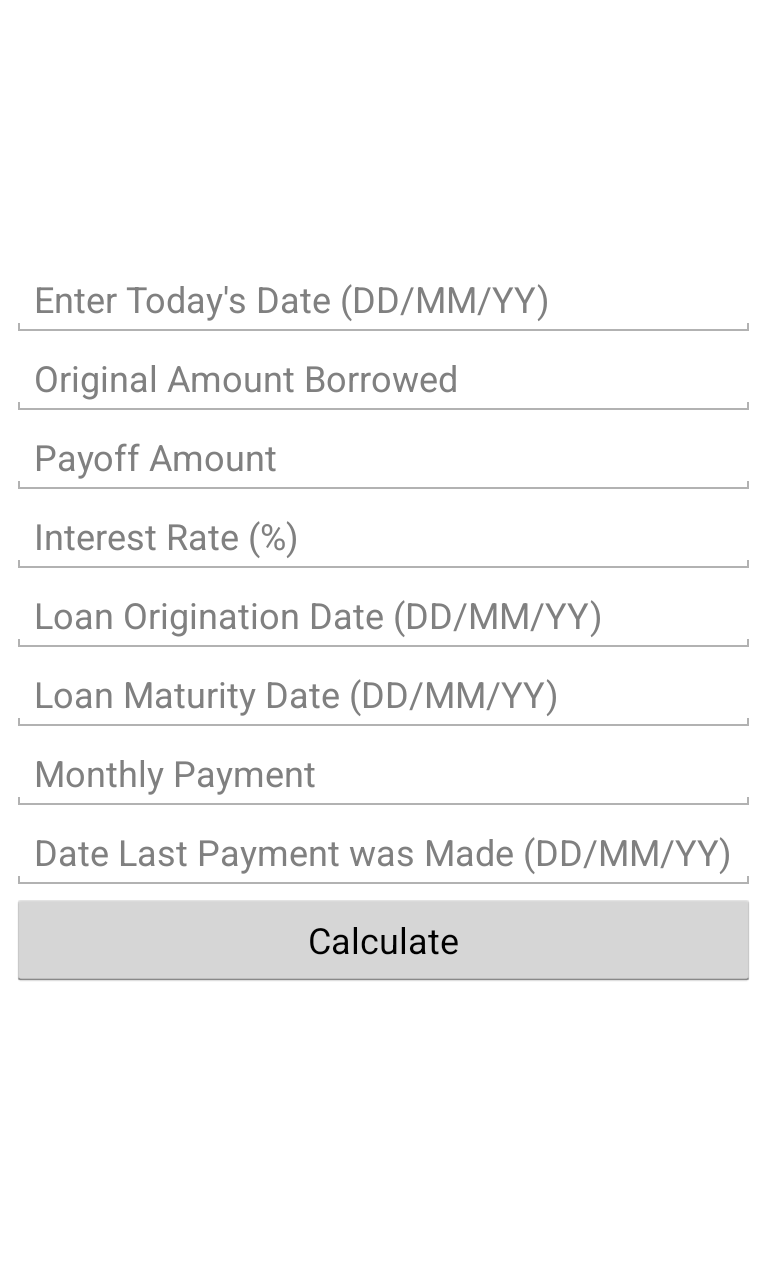
Repository: missxlian/angelHackSac
Layout: workspace/NoteHack/res/layout/fragment_section_launchpad.xml
An editor plug-in stored every save of this project. The layout is shown before and after the next save, followed by the edit.
It is drawn on a 768 x 1280 px phone screen (xhdpi) without system bars, with theme android:Theme.Holo.Light.DarkActionBar; the app's code is not run.

Above is the layout before, as saved 2013-12-01 06:32:07.

### workspace/NoteHack/res/layout/fragment_section_launchpad.xml
<!--
  Copyright 2012 The Android Open Source Project

  Licensed under the Apache License, Version 2.0 (the "License");
  you may not use this file except in compliance with the License.
  You may obtain a copy of the License at

      http://www.apache.org/licenses/LICENSE-2.0

  Unless required by applicable law or agreed to in writing, software
  distributed under the License is distributed on an "AS IS" BASIS,
  WITHOUT WARRANTIES OR CONDITIONS OF ANY KIND, either express or implied.
  See the License for the specific language governing permissions and
  limitations under the License.
  -->

<FrameLayout xmlns:android="http://schemas.android.com/apk/res/android"
    android:layout_width="match_parent"
    android:layout_height="match_parent">

    <LinearLayout android:orientation="vertical"
        android:layout_width="wrap_content"
        android:layout_height="wrap_content"
        android:layout_gravity="center">


        <EditText
            android:id="@+id/date"
            android:layout_width="match_parent"
            android:layout_height="wrap_content"
            android:inputType="date"
            android:hint="Enter Today's Date (DD/MM/YY)"
          />

        <EditText
            android:id="@+id/orginalAB"
            android:layout_width="match_parent"
            android:layout_height="wrap_content"
            android:inputType="numberDecimal"
            android:hint="Original Amount Borrowed"
        />

        <EditText
            android:id="@+id/payoff"
            android:layout_width="match_parent"
            android:layout_height="wrap_content"
            android:inputType="numberDecimal"
            android:hint="Payoff Amount"
         />

        <EditText
            android:id="@+id/interestRate"
            android:layout_width="match_parent"
            android:layout_height="wrap_content"
            android:inputType="numberDecimal"
            android:hint="Interest Rate (%)"
         />

        <EditText
            android:id="@+id/originDate"
            android:layout_width="match_parent"
            android:layout_height="wrap_content"
            android:inputType="date"
            android:hint="Loan Origination Date (DD/MM/YY)"
             />

        <EditText
            android:id="@+id/matDate"
            android:layout_width="match_parent"
            android:layout_height="wrap_content"
            android:inputType="date"
            android:hint="Loan Maturity Date (DD/MM/YY)"
             />


        <EditText
            android:id="@+id/monPay"
            android:layout_width="match_parent"
            android:layout_height="wrap_content"
            android:inputType="numberDecimal"
            android:hint="Monthly Payment"
          />

        <EditText
            android:id="@+id/dateLastPay"
            android:layout_width="match_parent"
            android:layout_height="wrap_content"
            android:inputType="date"
            android:hint="Date Last Payment was Made (DD/MM/YY)"
             />

        <Button android:id="@+id/home_worth_button"
            android:layout_width="match_parent"
            android:layout_height="wrap_content"
            android:layout_marginBottom="16dp"
            android:text="@string/homeworth"
            android:onClick="sendMessage"/>

    </LinearLayout>



</FrameLayout>

### workspace/NoteHack/res/values/strings.xml
<!--
  Copyright 2012 The Android Open Source Project

  Licensed under the Apache License, Version 2.0 (the "License");
  you may not use this file except in compliance with the License.
  You may obtain a copy of the License at

      http://www.apache.org/licenses/LICENSE-2.0

  Unless required by applicable law or agreed to in writing, software
  distributed under the License is distributed on an "AS IS" BASIS,
  WITHOUT WARRANTIES OR CONDITIONS OF ANY KIND, either express or implied.
  See the License for the specific language governing permissions and
  limitations under the License.
  -->

<resources>
    <string name="app_name">Note Buying</string>

    <string name="dummy_section_text">Section %1d is just a dummy section.</string>

    <string name="demo_external_activity">Demo External Activity</string>
    <string name="homeworth">Calculate</string>
</resources>

After the next save:
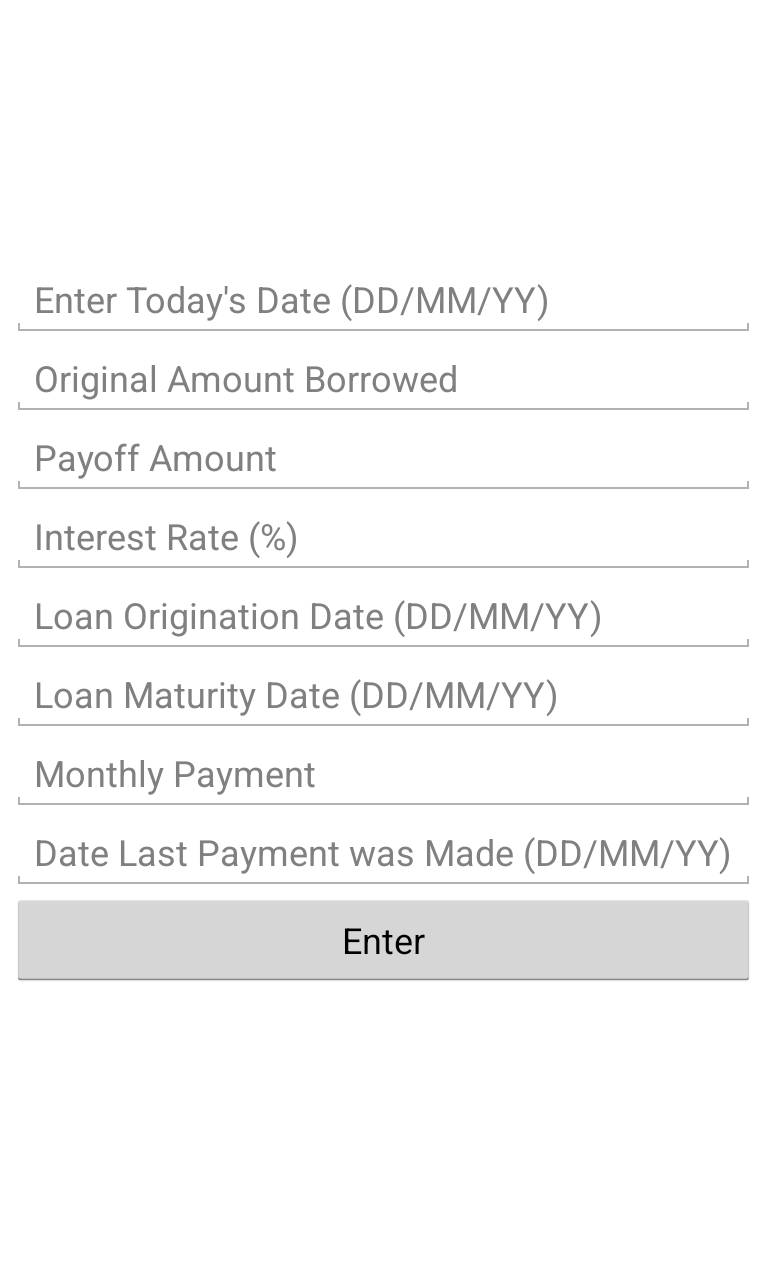
Saved 39 s later.
--- a/workspace/NoteHack/res/values/strings.xml
+++ b/workspace/NoteHack/res/values/strings.xml
@@ -20,5 +20,6 @@
     <string name="dummy_section_text">Section %1d is just a dummy section.</string>
 
     <string name="demo_external_activity">Demo External Activity</string>
-    <string name="homeworth">Calculate</string>
+    <string name="homeworth">Enter</string>
+    <string name="interestRate">Calculate</string>
 </resources>
